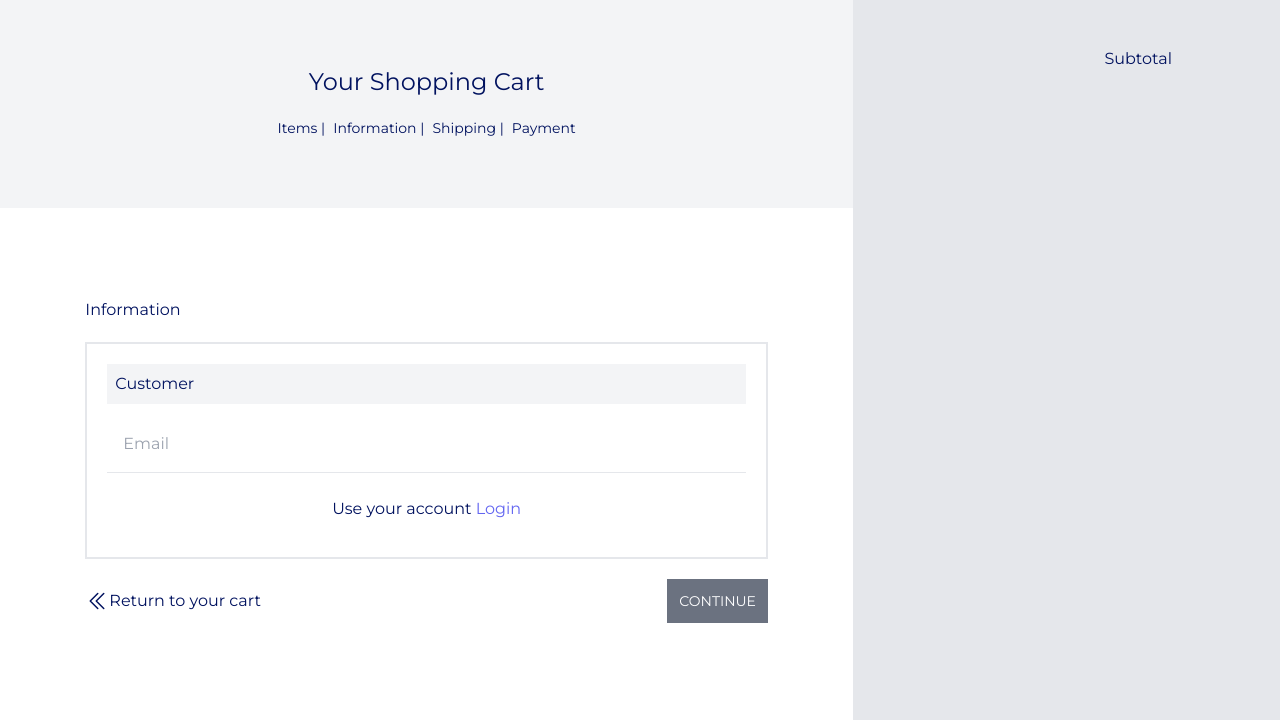
Repository: hsumyatm7308/ecommerce-small-shopping
Page: http://localhost/informationpage.php
An editor plug-in stored every save of this project. The page is shown before and after the next save, followed by the edit.
The browser window is 1280 px wide. The pictures show the whole page.
Some web libraries are served in a nearby version. The page is run by PHP 8.4 with error messages shown; the project is at /var/www/html/. Queries for data that is not in the repository find no rows.

Above is the page before, as saved 2023-08-27 19:22:04.

After the next save:
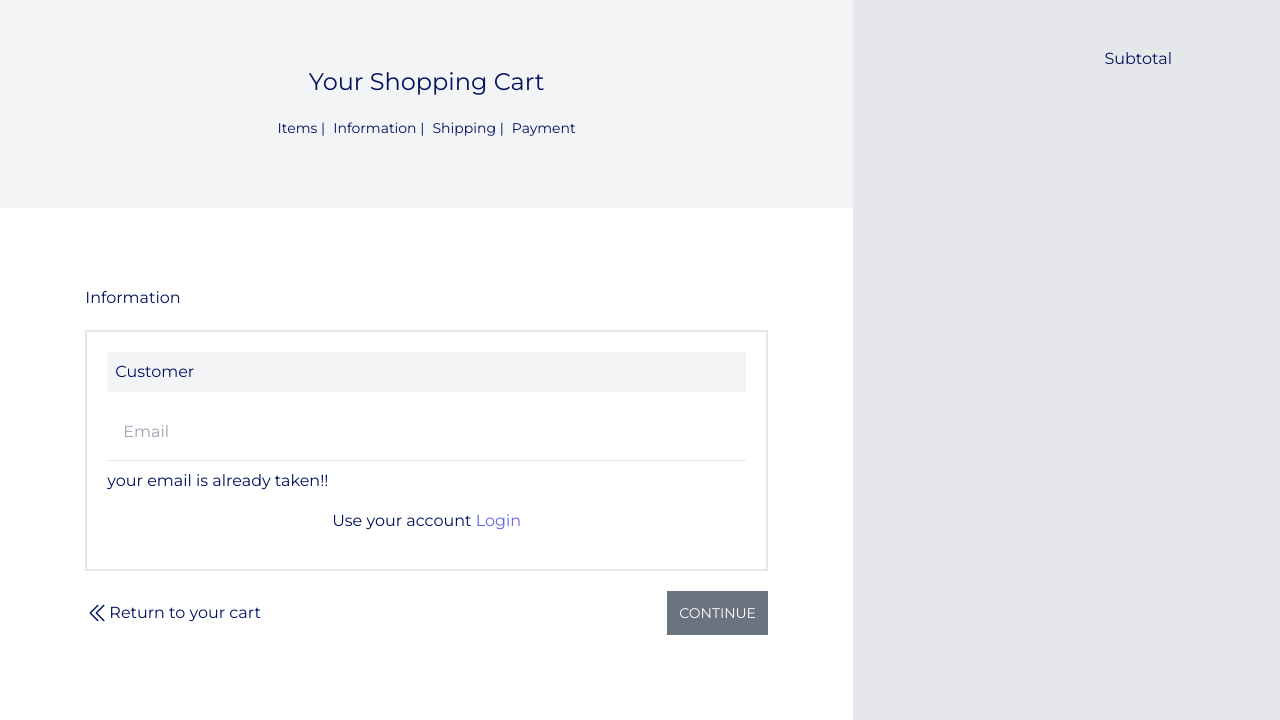
Saved 36 s later.
--- a/shop/informationpage.php
+++ b/shop/informationpage.php
@@ -92,6 +92,7 @@ try {
                                             class="w-full focus:outline-none p-4 val" placeholder="Email">
                                     </div>
 
+                                    <span>your email is already taken!!</span>
 
                                     <div class="w-full">
 
